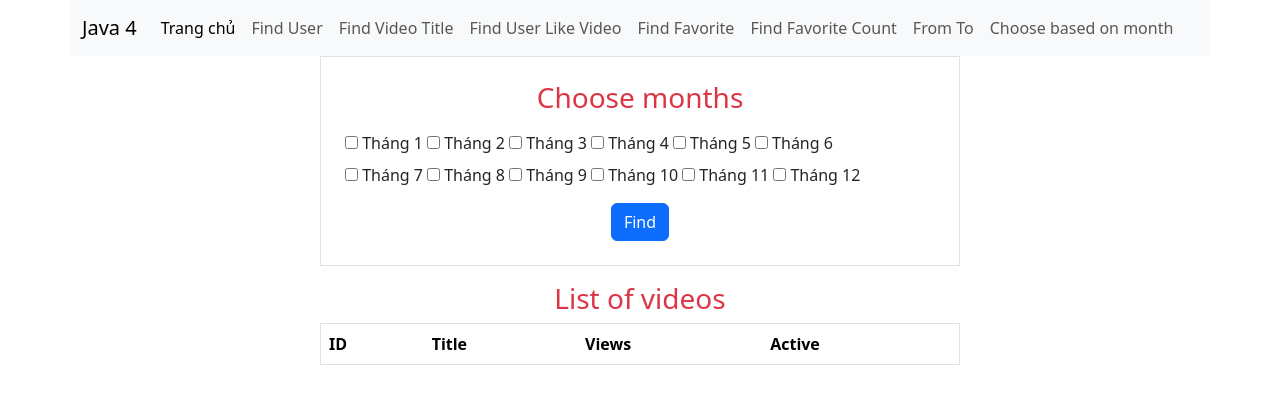
Repository: DanielNine9/java_servlet
Page: http://localhost/lab6/find/choose-month
These files come from the project's save history. The page is drawn as it stood at one moment and after the next save; the edit follows.
The browser window is 1280 px wide. The pictures show the whole page.
The page is served by Tomcat 9. Other server files are loaded and not shown.

Above is the page before, as saved 2024-07-17 09:44:02.

### lab6/src/main/webapp/lab6/chooseMonth.jsp
<%@ page language="java" contentType="text/html; charset=UTF-8"
	pageEncoding="UTF-8"%>

<%@ taglib uri="http://java.sun.com/jsp/jstl/core" prefix="c"%>
<!DOCTYPE html>
<html>
<head>
<meta charset="UTF-8">
<title>Insert title here</title>
<link
	href="https://cdn.jsdelivr.net/npm/bootstrap@5.3.3/dist/css/bootstrap.min.css"
	rel="stylesheet"
	integrity="sha384-QWTKZyjpPEjISv5WaRU9OFeRpok6YctnYmDr5pNlyT2bRjXh0JMhjY6hW+ALEwIH"
	crossorigin="anonymous">
</head>
<body>

	<%@include file="../layout/header.jsp"%>
	<form method="post" action="/lab6/find/from-to"
		class="w-50 mx-auto p-4 border">
		<h3 class="text-center text-danger">Choose months</h3>
		<div class="d-flex flex-column gap-2 py-2 justify-content-center">
			<div class="d-flex gap-1">
				<div>
					<input name="months" type="checkbox" id="1"> <label for="1">Tháng
						1</label>
				</div>
				<div>
					<input name="months" type="checkbox" id="2"> <label for="2">Tháng
						2</label>
				</div>
				<div>
					<input name="months" type="checkbox" id="3"> <label for="3">Tháng
						3</label>
				</div>
				<div>
					<input name="months" type="checkbox" id="1"> <label for="4">Tháng
						4</label>
				</div>
				<div>
					<input name="months" type="checkbox" id="5"> <label for="5">Tháng
						5</label>
				</div>
				<div>
					<input name="months" type="checkbox" id="6"> <label for="6">Tháng
						6</label>
				</div>
			</div>
			<div class="d-flex gap-1">
				<div>
					<input name="months" type="checkbox" id="7"> <label for="7">Tháng
						7</label>
				</div>
				<div>
					<input name="months" type="checkbox" id="8"> <label for="8">Tháng
						8</label>
				</div>
				<div>
					<input name="months" type="checkbox" id="9"> <label for="9">Tháng
						9</label>
				</div>
				<div>
					<input name="months" type="checkbox" id="10"> <label for="10">Tháng
						10</label>
				</div>
				<div>
					<input name="months" type="checkbox" id="11"> <label for="11">Tháng
						11</label>
				</div>
				<div>
					<input name="months" type="checkbox" id="12"> <label for="12">Tháng
						12</label>
				</div>
			</div>
			<div></div>
		</div>
		<div class="d-flex justify-content-center">
			<button class="btn btn-primary">Find</button>

		</div>
	</form>
	<div class="mt-3 w-50 mx-auto">
		<c:if test="${not empty error}">
			<div class="alert alert-danger">${error}</div>
		</c:if>
		<c:if test="${not empty message}">
			<div class="alert alert-primary">${message}</div>
		</c:if>

	</div>
	<h3 class="text-danger text-center">List of videos</h3>
	<table class="w-50 mx-auto table table-striped table-hover" border="1">
		<thead>
			<th>ID</th>
			<th>Title</th>
			<th>Views</th>
			<th>Active</th>
		</thead>
		<tr>
			<c:forEach var="item" items="${videos}">
				<tr>
					<td>${item.id}</td>
					<td>${item.title}</td>
					<td>${item.views}</td>
					<td>${item.active}</td>
				</tr>
			</c:forEach>
		</tr>
	</table>

</body>
</html>

### lab6/src/main/webapp/layout/header.jsp
<%@ page language="java" contentType="text/html; charset=UTF-8"
	pageEncoding="UTF-8"%>

<%@ taglib uri="http://java.sun.com/jsp/jstl/core" prefix="c"%>


<c:url var="url" value="/find" />
<nav class="container navbar navbar-expand-lg bg-body-tertiary">
	<div class="container-fluid">
		<a class="navbar-brand" href="#">Java 4 ${url1}</a>
		<button class="navbar-toggler" type="button" data-bs-toggle="collapse"
			data-bs-target="#navbarSupportedContent"
			aria-controls="navbarSupportedContent" aria-expanded="false"
			aria-label="Toggle navigation">
			<span class="navbar-toggler-icon"></span>
		</button>
		<div class="collapse navbar-collapse" id="navbarSupportedContent">
			<ul class="navbar-nav me-auto mb-2 mb-lg-0">
				<li class="nav-item"><a class="nav-link active"
					aria-current="page" href="/lab6/index.jsp">Trang chủ</a></li>
				<li class="nav-item"><a class="nav-link" href="${url}/find-userID">Find User</a>
				<li class="nav-item"><a class="nav-link" href="${url}/find-videoTitle">Find Video Title</a>
				<li class="nav-item"><a class="nav-link" href="${url}/find-userLikeVideo">Find User Like Video</a>
				<li class="nav-item"><a class="nav-link" href="${url}/find-favorite">Find Favorite</a>
				<li class="nav-item"><a class="nav-link" href="${url}/favorite-count">Find Favorite Count</a>
				<li class="nav-item"><a class="nav-link" href="${url}/from-to">From To</a>
				<li class="nav-item"><a class="nav-link" href="${url}/choose-month">Choose based on month</a>
			</ul>

		</div>
	</div>
</nav>

### lab6/src/main/java/servlet/FindServlet.java
package servlet;

import java.io.IOException;
import java.text.SimpleDateFormat;
import java.util.ArrayList;
import java.util.Date;
import java.util.List;

import javax.servlet.ServletException;
import javax.servlet.annotation.WebServlet;
import javax.servlet.http.HttpServlet;
import javax.servlet.http.HttpServletRequest;
import javax.servlet.http.HttpServletResponse;

import bean.Favorite;
import bean.Report;
import bean.User2;
import bean.Video;
import dao.ReportDAO;
import dao.UserDAO;
import dao.VideoDAO;

@WebServlet({ "/find/find-userID", "/find/find-videoTitle", "/find/find-userLikeVideo", "/find/find-favorite",
		"/find/choose-month", "/find/from-to", "/find/favorite-count" })
public class FindServlet extends HttpServlet {
	@Override
	protected void service(HttpServletRequest req, HttpServletResponse resp) throws ServletException, IOException {
		String uri = req.getRequestURI();
		System.out.println("uri >>> " + uri);
		String method = req.getMethod();
		System.out.println("method >>> " + method);
		if ("post".equalsIgnoreCase(method)) {
			if (uri.contains("find-userID")) {
				this.findUserID(req, resp);
			} else if (uri.contains("find-videoTitle")) {
				this.findVideoTitle(req, resp);
			} else if (uri.contains("find-userLikeVideo")) {
				this.findUserLikeVideo(req, resp);
			} else if (uri.contains("find-favorite")) {
				this.findFavorite(req, resp);
			} else if (uri.contains("favorite-count")) {
				this.favoriteCount(req, resp);
			} else if (uri.contains("list-videos")) {
				this.listVideo(req, resp);
			} else if (uri.contains("from-to")) {
				this.fromTo(req, resp);
			}
		} else {
			req.setAttribute("user", null);
			req.setAttribute("favorites", new ArrayList<>());
			req.setAttribute("users", new ArrayList<>());
			req.setAttribute("reports", new ArrayList<>());
			if (uri.contains("find-userID")) {
				req.getRequestDispatcher("/lab6/find-userID.jsp").forward(req, resp);
			} else if (uri.contains("find-videoTitle")) {
				req.getRequestDispatcher("/lab6/findVideoTitle.jsp").forward(req, resp);
			} else if (uri.contains("find-userLikeVideo")) {
				req.getRequestDispatcher("/lab6/findUserLikeVideo.jsp").forward(req, resp);
			} else if (uri.contains("find-favorite")) {
				req.getRequestDispatcher("/lab6/findFavorite.jsp").forward(req, resp);
			} else if (uri.contains("favorite-count")) {
				this.favoriteCount(req, resp);
			} else if (uri.contains("from-to")) {
				req.getRequestDispatcher("/lab6/fromTo.jsp").forward(req, resp);
			} else if (uri.contains("choose-month")) {
				req.getRequestDispatcher("/lab6/chooseMonth.jsp").forward(req, resp);
			}

		}

	}

	private void findUserID(HttpServletRequest req, HttpServletResponse resp) throws ServletException, IOException {
		String methodString = req.getMethod();
		if (methodString.equalsIgnoreCase("post")) {
			try {
				String username = req.getParameter("username");
				UserDAO dao = new UserDAO();
				User2 user = dao.findByID(username);
				List<Favorite> favorites = new ArrayList<>();
				if (user != null) {

					favorites = user.getFavorites();

				}
				req.setAttribute("user", user);
				req.setAttribute("favorites", favorites);
			} catch (Exception e) {
				System.out.println(e);
			}
		}
		req.getRequestDispatcher("/lab6/find-userID.jsp").forward(req, resp);
	}

	private void findVideoTitle(HttpServletRequest req, HttpServletResponse resp) throws ServletException, IOException {
		String methodString = req.getMethod();
		if (methodString.equalsIgnoreCase("post")) {
			try {
				String keyword = req.getParameter("keyword");
				VideoDAO dao = new VideoDAO();
				List<Video> videos = dao.findByTitle(keyword);
				req.setAttribute("videos", videos);
			} catch (Exception e) {
				System.out.println(e);
			}
		}
		req.getRequestDispatcher("/lab6/findVideoTitle.jsp").forward(req, resp);
	}

	private void findUserLikeVideo(HttpServletRequest req, HttpServletResponse resp)
			throws ServletException, IOException {
		String methodString = req.getMethod();
		if (methodString.equalsIgnoreCase("post")) {
			try {
				String videoId = req.getParameter("videoId");
				UserDAO dao = new UserDAO();
				List<User2> users = dao.findUserLikeVideo(videoId);
				req.setAttribute("users", users);
			} catch (Exception e) {
				System.out.println(e);
				e.printStackTrace();
			}
		}
		req.getRequestDispatcher("/lab6/findUserLikeVideo.jsp").forward(req, resp);
	}

	private void findFavorite(HttpServletRequest req, HttpServletResponse resp) throws ServletException, IOException {
		String methodString = req.getMethod();
		if (methodString.equalsIgnoreCase("post")) {
			try {
				Boolean favorite = Boolean.parseBoolean(req.getParameter("favorite"));
				VideoDAO dao = new VideoDAO();
				List<Video> list = dao.findFavorite(favorite);
				req.setAttribute("videos", list);
			} catch (Exception e) {
				System.out.println(e);
			}
		}
		req.getRequestDispatcher("/lab6/findFavorite.jsp").forward(req, resp);
	}

	private void listVideo(HttpServletRequest req, HttpServletResponse resp) throws ServletException, IOException {
		String methodString = req.getMethod();
		if (methodString.equalsIgnoreCase("post")) {
			try {
				Boolean favorite = Boolean.parseBoolean(req.getParameter("favorite"));
				VideoDAO dao = new VideoDAO();
				List<Video> list = dao.findFavorite(favorite);
				req.setAttribute("videos", list);
			} catch (Exception e) {
				System.out.println(e);
			}
		}
		req.getRequestDispatcher("/lab6/findFavorite.jsp").forward(req, resp);
	}

	private void favoriteCount(HttpServletRequest req, HttpServletResponse resp) throws ServletException, IOException {
		String methodString = req.getMethod();
		if (methodString.equalsIgnoreCase("get")) {
			try {
				ReportDAO dao = new ReportDAO();
				List<Report> reports = dao.report();
				req.setAttribute("reports", reports);
			} catch (Exception e) {
				System.out.println(e);
			}
		}
		req.getRequestDispatcher("/lab6/favoriteCount.jsp").forward(req, resp);
	}

	private void fromTo(HttpServletRequest req, HttpServletResponse resp) throws ServletException, IOException {
		String methodString = req.getMethod();
		String from = req.getParameter("from");
		String to = req.getParameter("to");
		System.out.println(from);
		System.out.println(to);
		if (from.isBlank() || to.isBlank()) {
			req.setAttribute("error", "Please, Fill all field");
		} else if (methodString.equalsIgnoreCase("post")) {
			req.setAttribute("message", "From: " + from + "\nTo: " + to);
			try {
				VideoDAO dao = new VideoDAO();
				SimpleDateFormat dateFormat = new SimpleDateFormat("yyyy-MM-dd"); // Adjust format as per your
																					// requirement
				Date fromDate = dateFormat.parse(from);
				Date toDate = dateFormat.parse(to);

				List<Video> videos = dao.findInRange(fromDate, toDate);
				req.setAttribute("videos", videos);
			} catch (Exception e) {
				System.out.println(e);
			}
		}
		System.out.println("xuong day");
		req.getRequestDispatcher("/lab6/fromTo.jsp").forward(req, resp);
	}
}

After the next save:
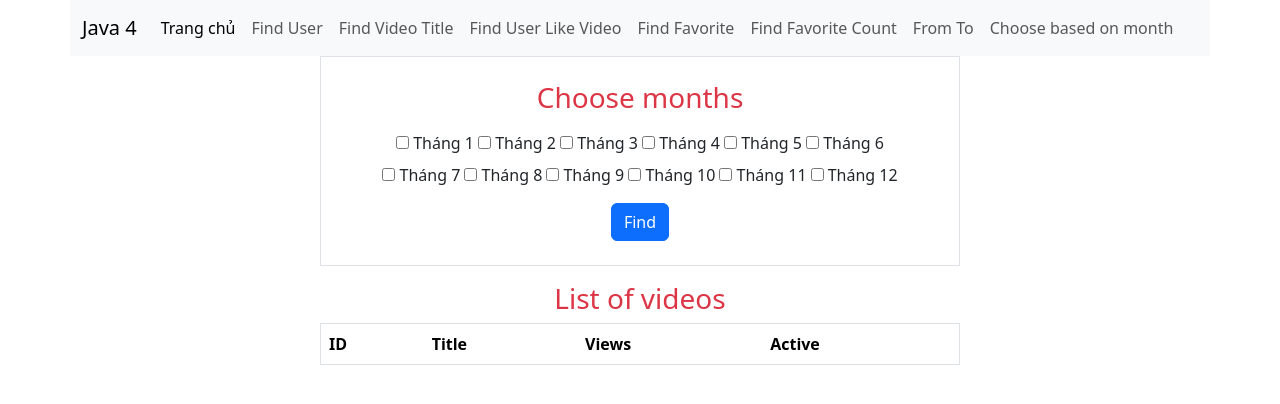
Saved 10 s later.
--- a/lab6/src/main/webapp/lab6/chooseMonth.jsp
+++ b/lab6/src/main/webapp/lab6/chooseMonth.jsp
@@ -19,7 +19,7 @@
 	<form method="post" action="/lab6/find/from-to"
 		class="w-50 mx-auto p-4 border">
 		<h3 class="text-center text-danger">Choose months</h3>
-		<div class="d-flex flex-column gap-2 py-2 justify-content-center">
+		<div class="d-flex flex-column gap-2 py-2 justify-content-center align-items-center">
 			<div class="d-flex gap-1">
 				<div>
 					<input name="months" type="checkbox" id="1"> <label for="1">Tháng
